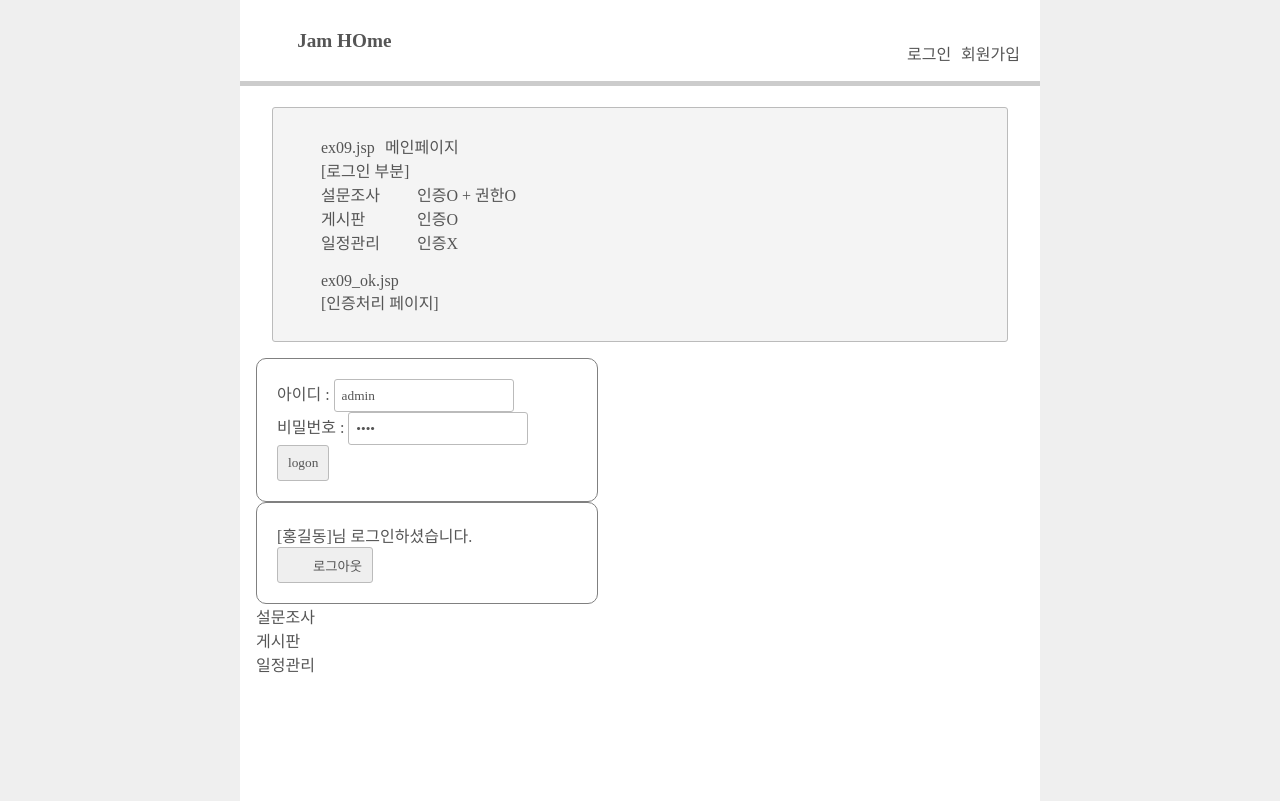
Repository: woals5636/JSPClass
Page: http://localhost/jspPro/days03/ex09.jsp
These files come from the project's save history. The page is drawn as it stood at one moment and after the next save; the edit follows.
The browser window is 1280 px wide. The pictures show the whole page.
Some web fonts or font styles are not loaded; a fallback is used. The page is served by Tomcat 9. Other server files are loaded and not shown.

Above is the page before, as saved 2024-10-17 07:26:26.

### jspPro/src/main/webapp/days03/ex09.jsp
<%@ page contentType="text/html; charset=UTF-8" pageEncoding="UTF-8"%>
<!DOCTYPE html>
<html>
<head>
<meta charset="UTF-8">
<title>Insert title here</title>
<link rel="shortcut icon" type="image/x-icon" href="http://localhost/jspPro/images/SiSt.ico">
<script src="https://ajax.googleapis.com/ajax/libs/jquery/3.7.1/jquery.min.js"></script>
<meta name="viewport" content="width=device-width, initial-scale=1.0">
<meta name="google" content="notranslate">
<link rel="stylesheet" href="http://localhost/jspPro/resources/cdn-main/example.css">
<script src="http://localhost/jspPro/resources/cdn-main/example.js"></script>
<style>
 span.material-symbols-outlined{
    vertical-align: text-bottom;
 }
</style>
<style>
  #logon, #logout{
    border:1px solid gray;
    width:300px;
    padding:20px;
    border-radius: 10px;
  }
</style>
</head>
<body>
<header>
  <h1 class="main"><a href="#" style="position: absolute;top:30px;">Jam HOme</a></h1>
  <ul>
    <li><a href="#">로그인</a></li>
    <li><a href="#">회원가입</a></li>
  </ul>
</header>
<div>
  <xmp class="code">
  	ex09.jsp	메인페이지
  	[로그인 부분]
  	설문조사		인증O + 권한O
  	게시판		인증O
  	일정관리		인증X

  	ex09_ok.jsp
  	[인증처리 페이지]
  </xmp>

  <div id="logon">
    <form action="ex09_ok.jsp" method="get">
     아이디 : <input type="text"  name="id"  value="admin"><br>
     비밀번호 : <input type="password"  name="passwd"  value="1234"><br>
     <input type="submit"  value="logon">
    </form>
  </div>
  <div id="logout">
  	[홍길동]님 로그인하셨습니다.<br>
  	<button>로그아웃</button>
  </div>

  <a href="#">설문조사</a><br>
  <a href="#">게시판</a><br>

  <a href="#">일정관리</a><br>

</div>
</body>
</html>

### jspPro/src/main/webapp/resources/cdn-main/example.css
@charset "UTF-8";

@import url('https://fonts.googleapis.com/css2?family=Material+Symbols+Outlined:opsz,wght,FILL,GRAD@20..48,100..700,0..1,-50..200');

@font-face {
    font-family: 'GmarketSansMedium';
    src: url('https://cdn.jsdelivr.net/gh/projectnoonnu/noonfonts_2001@1.1/GmarketSansMedium.woff') format('woff');
    font-weight: normal;
    font-style: normal;
}

:root {
	--text-color: #555;
	--sub-text-color: #777;
	--back-color: #EFEFEF;
	--header-color: #444;
	--primary-color: #DEDEDE;
	--secondary-color: #EFEFEF;
	--default-width: 800px;
	--narrow-width: 500px;
	--wide-width: 1200px;
	--text-font: 'GmarketSansMedium';
	--icon-font: 'Material Symbols Outlined';
	--border-color: #CCC;
}

html, body {
	margin: 0;
	padding: 0;
}

html {
	background-color: var(--back-color);
	display: flex;
	justify-content: center;
	min-height: 100vh;
}

body, body.default {
	width: var(--default-width);
	background-color: white;
	padding-bottom: 120px;
}

body.wide {
	width: var(--wide-width);
}

body.narrow {
	width: var(--narrow-width);
}



body, p, div, span, a, input, select, option, textarea, button, table, th, td, label, fieldset, legend {
	font-family: var(--text-font);
	color: var(--text-color);
}

h1, h2, h3 {
	font-family: var(--text-font);
	color: var(--header-color);
	padding: 0 1rem;
	padding-top: .5rem;
}

div > h1, div > h2, div > h3 {
	padding: 0;
}

body > div, body > main > div {
	padding: 0.3rem 1rem;
}


h1 { font-size: 2rem; border-bottom: 1px solid var(--border-color); }
h1 small { font-size: 1.2rem; color: var(--sub-text-color); }
h2 { font-size: 1.5rem; border-bottom: 1px dashed var(--border-color); }
h2 small { font-size: 1.1rem; color: --sub-text-color; }
h3 { font-size: 1.2rem; }
h3 small { font-size: 1rem; color: --sub-text-color; }



h1.main::before {
	font-family: var(--icon-font);
  	content: '\e666';
  	margin-right: 10px;
  	float: left;
	font-size: 2.5rem;
}

h1.sub::before {
	font-family: var(--icon-font);
  	content: '\ea19';
  	margin-right: 10px;
  	float: left;
	font-size: 2.5rem;
}


h1.page::before {
	font-family: var(--icon-font);
  	content: '\e0e0';
  	margin-right: 10px;
  	float: left;
	font-size: 2.5rem;
}

body > header > ul > li > .active{
	background-color: #FFF;
	color:#F00;
}

body > header {
	display: flex;
	justify-content: space-between;
	border-bottom: 5px solid var(--border-color);
	min-height: 74px;
	background-color: #FFF;
}

body > header.sticky {
	position: sticky;
	top: 0;
	z-index: 98;
}

body > header > h1 {
	font-size: 1.2rem;
	border: 0;
}

body > header.in > h1::before {
	font-family: var(--icon-font);
  	content: '\e332‥';
  	margin-right: 3px;
  	float: left;
	font-size: 2rem;
}


body > header > ul {
	list-style-type: none;
	display: flex;
	align-items: flex-end;
	margin-right: 10px;
}

body > header > ul > li {
	margin-right: 10px;
	cursor: pointer;
}

body > header > ul > li > a {
	cursor: pointer;
}


form {
	display: block;
}

form > div {
	padding: 0.3rem 1rem;
}

div > form > div {
	padding: 0.3rem 0;
}

input, textarea, button, select {
	border: 1px solid #BBB;
	border-radius: 3px;
	outline: none;
	resize: none;
	padding: 7px;
	margin: 0;
}

input[type=text]:read-only, textarea:read-only {
	cursor: not-allowed;
	background-color: #FFF;
}

input[type=text]:disabled, textarea:disabled {
	cursor: not-allowed;
	background-color: #EEE;
}

input[type=text], input[type=password], textarea, button, select {
	/* width: 300px; */
}

textarea {
	display: block;
	height: 100px;
}

input[type=button], input[type=submit], button {
	/* width: inherit; */
}

input.short, textarea.short, button.short, select.short {
	width: 100px;
}

input.long, textarea.long, button.long, select.long {
	width: 350px;
}

.narrow input.long, .narrow textarea.long, .narrow button.long, .narrow select.long {
	width: calc(100% - 20px);
}

input.full, textarea.full, button.full, select.full {
	width: calc(100% - 20px);
}

textarea.short {
	height: 50px;
}

textarea.long {
	height: 100px;
}

textarea.full {
	height: 200px;
}

input, textarea {
	padding-top: 8px;
}

input[type=button], input[type=submit], button {
	padding: 5px 10px;
	background-color: var(--secondary-color);
	cursor: pointer;
	min-height: 36px;
}

input[type=button].primary, input[type=submit].primary, button.primary {
	/* background-color: rgba(100, 149, 237, .2); */
	background-color: var(--primary-color);
}

input[type=button].primary:hover, input[type=submit].primary:hover, button.primary:hover {
	/* background-color: rgba(100, 149, 237, .3); */
	background-color: var(--secondary-color);
}

input[type=button]:hover, input[type=submit]:hover, button:hover {
	background-color: var(--primary-color);
}

button {
	position: relative;
	left: 0;
	top: 0;
	padding-left: 35px;
}

button .material-symbols-outlined {
	position: absolute;
	left: 10px;
	top: 4px;
}

/* k2nik add */
button.login::before {
	font-family: var(--icon-font);
  	content: '\ea77';
	position: absolute;
	left: 11px;
	top: 4px;
	font-size: 1.25rem;
}

/* k2nik logout */
button.logout::before {
	font-family: var(--icon-font);
  	content: '\e9ba';
	position: absolute;
	left: 11px;
	top: 4px;
	font-size: 1.25rem;
}

/* k2nik help */
button.help::before {
	font-family: var(--icon-font);
  	content: '\f1c0';
	position: absolute;
	left: 11px;
	top: 4px;
	font-size: 1.25rem;
}

button.add::before{
	font-family: var(--icon-font);
  	content: '\e746';
	position: absolute;
	left: 11px;
	top: 4px;
	font-size: 1.25rem;
}

button.back::before {
	font-family: var(--icon-font);
  	content: '\e166';
	position: absolute;
	left: 11px;
	top: 4px;
	font-size: 1.25rem;
}

button.list::before {
	font-family: var(--icon-font);
  	content: '\e0ee';
	position: absolute;
	left: 11px;
	top: 4px;
	font-size: 1.25rem;
}


button.del::before {
	font-family: var(--icon-font);
  	content: '\e872';
	position: absolute;
	left: 11px;
	top: 4px;
	font-size: 1.25rem;
}


button.edit::before {
	font-family: var(--icon-font);
  	content: '\e745';
	position: absolute;
	left: 11px;
	top: 4px;
	font-size: 1.25rem;
}


button.login::before {
	font-family: var(--icon-font);
  	content: '\ea77';
	position: absolute;
	left: 11px;
	top: 4px;
	font-size: 1.25rem;
}


button.logout::before {
	font-family: var(--icon-font);
  	content: '\e9ba';
	position: absolute;
	left: 11px;
	top: 4px;
	font-size: 1.25rem;
}


button.in::before {
	font-family: var(--icon-font);
  	content: '\f71a';
	position: absolute;
	left: 11px;
	top: 4px;
	font-size: 1.25rem;
}


button.out::before {
	font-family: var(--icon-font);
  	content: '\f70e';
	position: absolute;
	left: 11px;
	top: 4px;
	font-size: 1.25rem;
}


button.reply::before {
	font-family: var(--icon-font);
  	content: '\e15e';
	position: absolute;
	left: 11px;
	top: 4px;
	font-size: 1.25rem;
}


button.comment::before {
	font-family: var(--icon-font);
  	content: '\e0b9';
	position: absolute;
	left: 11px;
	top: 4px;
	font-size: 1.25rem;
}


button.modal::before {
	font-family: var(--icon-font);
  	content: '\e89e';
	position: absolute;
	left: 11px;
	top: 4px;
	font-size: 1.25rem;
}


button.ok::before {
	font-family: var(--icon-font);
  	content: '\e86c';
	position: absolute;
	left: 11px;
	top: 4px;
	font-size: 1.25rem;
}


button.cancel::before {
	font-family: var(--icon-font);
  	content: '\e5c9';
	position: absolute;
	left: 11px;
	top: 4px;
	font-size: 1.25rem;
}

button.search::before {
	font-family: var(--icon-font);
  	content: '\e8b6';
	position: absolute;
	left: 11px;
	top: 4px;
	font-size: 1.25rem;
}

button.home::before {
	font-family: var(--icon-font);
  	content: '\e88a';
	position: absolute;
	left: 11px;
	top: 4px;
	font-size: 1.25rem;
}


button.sidebar::before {
	font-family: var(--icon-font);
  	content: '\f7e4';
	position: absolute;
	left: 11px;
	top: 4px;
	font-size: 1.25rem;
}


button.sidebar-right::before {
	font-family: var(--icon-font);
  	content: '\f7e5';
	position: absolute;
	left: 11px;
	top: 4px;
	font-size: 1.25rem;
}




button::before {
	font-family: var(--icon-font);
  	content: '\e323';
	position: absolute;
	left: 11px;
	top: 4px;
	font-size: 1.25rem;
}


table {
	border-collapse: collapse;
	margin: 1rem;
	box-sizing: border-box;
	width: calc(100% - 32px);
}

table.content {
	width: auto;
}

div > table {
	margin: 0;
}

table th, table td {
	border: 1px solid var(--border-color);
	padding: 7px;
	font-weight: normal;
}

table th {
	background-color: var(--back-color);
}

table.vertical th {
	width: 150px;
}

table.vertical td {
	width: calc(100% - 182px);
	padding-left: 10px;
}

table.content td, table.content th {
	width: auto;
}

body.narrow table.vertical th {
	width: 100px;
}

body.narrow table.vertical td {
	width: calc(100% - 182px);
}


table + table {
	margin-top: 30px;
}


p {
	padding: 0 1rem;
}

a {
	text-decoration: none;
}

a:hover {
	color: rgba(255, 99, 71, .7);
}

hr {
	border: 0;
	border-top: 1px solid var(--border-color);
	margin: 2rem 0;
}

.message {
	border: 1px solid var(--border-color);
	background-color: #EFEFEF;
	margin: 1rem;
	width: auto;
	padding-top: 10px;
	padding-bottom: 10px;
	font-size: 14px;
}

.message[title]::before {
	content: attr(title);
	display: block;
	border-bottom: 1px solid var(--border-color);
	padding-bottom: 5px;
	margin-bottom: 10px;
	margin-top: 7px;
}

.message.short {
	max-width: 250px;
}

.message.long {
	max-width: 500px;
}

.badge {
	float: right;
	font-size: .8rem;
	margin-top: 2px;
	margin-right: 2px;
	text-shadow: 0 0 7px gray;
}

.badge.left {
	float: none;
	margin-left: 2px;
}

.badge.right {
	float: right;
}

.badge.red {
	border-radius: 50%;
	padding: 2px 5px;
	background-color: rgb(255, 99, 71, .3);
}

.badge.yellow {

	border-radius: 50%;
	padding: 2px 5px;
	background-color: rgb(255, 215, 0, .5);
}

.badge.blue {
	border-radius: 50%;
	padding: 2px 5px;
	background-color: rgb(100, 149, 237, .3);
}

label + label {
	margin-left: 7px;
}

label input[type=checkbox], label input[type=radio] {
	transform: translate(0, 1px);
}

.group {
	display: flex;
}

.modal-content .group {
	margin-bottom: .5rem;
}

.group label {
	border: 1px solid #BBB;
	border-radius: 3px;
	outline: none;
	resize: none;
	padding: 7px 14px;
	margin: 0;
	border-top-right-radius: 0;
	border-bottom-right-radius: 0;
	background-color: #EFEFEF;
	white-space: nowrap;
	font-size: 14px;
}

.group input[type=text] {
	margin-left: -1px;
	border-top-left-radius: 0;
	border-bottom-left-radius: 0;
}

.group select {
	margin-left: -1px;
	border-top-left-radius: 0;
	border-bottom-left-radius: 0;
}

.group input.full[type=text] {
	margin-left: -1px;
	border-top-left-radius: 0;
	border-bottom-left-radius: 0;
	width: 100%;
}

.group input[type=button]:first-child, .group button:first-child {
	border-top-left-radius: 3px;
	border-bottom-left-radius: 3px;
	margin-left: 0px;
}

.group input[type=button], .group button {
	border-radius: 0;
	margin-left: -1px;
}

.group input[type=button]:last-child, .group button:last-child {
	margin-left: -1px;
	border-top-right-radius: 3px;
	border-bottom-right-radius: 3px;
}

.seperate {
	display: flex;
	justify-content: space-between;
}

div.list {
	width: max-content;
	margin: 1rem;
	border: 1px solid #BBB;
	border-radius: 3px;
	padding: 0;
}

div.list.full {
	width: auto;
	display: block;
	margin: 1rem;
	border: 1px solid #BBB;
	border-radius: 3px;
	padding: 0;
}

div.list > div {
	padding: .5rem 1rem;
	margin: 0;
	border-bottom: 1px solid #BBB;
}

div.list > div:last-child {
	border-bottom: 0;
}

pre.code , xmp.code{
	font-family: consols;
	background-color: rgba(150, 150, 150, .1);
	border: 1px solid #BBB;
	border-radius: 3px;
	padding: .5rem 1rem;
	padding-bottom: .6rem;
	margin: 1rem;
}




*[data-modal-window] {
	position: fixed;
	background-color: rgba(0, 0, 0, .3);
	left: 0;
	top: 0;
	display: none;
	justify-content: center;
	align-items: flex-start;
	width: 100%;
	min-height: 100vh;
	z-index: 100;
	opacity: 0;
	transition: 500ms all;
}

*[data-modal-window] .modal-container {
	border-radius: 5px;
	padding: 1rem;
	padding-bottom: .5rem;
	margin-top: -500px;
	opacity: 0;
	width: 500px;
	background-color: #FFF;
	margin-right: 2rem;
	transition: 500ms all;
}

*[data-modal-size=content] .modal-container {
	width: auto;
}

*[data-modal-size=narrow] .modal-container {
	width: 300px;
}

*[data-modal-size=wide] .modal-container {
	width: 760px;
}


*[data-modal-window] .modal-header {
	border-bottom: 1px solid var(--border-color);
	padding: 2px 5px;
}

*[data-modal-window] .modal-content {
	padding: 1rem 5px;
}

*[data-modal-window] .modal-content div:last-child {
	margin-top: 1rem;
	text-align: right;
}



*[data-sidebar-window] {
	position: fixed;
	background-color: #FFF;
	left: 0;
	top: 0;
	display: block;
	width: 300px;
	border-right: 1px solid var(--border-color);
	box-sizing: border-box;
	box-shadow: 0 0 3px var(--back-color);
	min-height: 100vh;
	z-index: 99;
	transform: translate(-300px, 0);
	transition-duration: 500ms;
	transition-property: transform;
}

*[data-sidebar-direction=right] {
	left: auto;
	right: 0;
	transform: translate(300px, 0);
	border-left: 1px solid var(--border-color);
}

*[data-sidebar-size=wide] {
	width: 500px;
	transform: translate(-500px, 0);
}

*[data-sidebar-window] .sidebar-title {
	border-bottom: 1px solid var(--border-color);
	margin-top: 20px;
	margin-bottom: 20px;
	padding-bottom: 5px;
	display: flex;
	justify-content: space-between;
}

*[data-sidebar-window] .sidebar-title span:last-child {
	cursor: pointer;
}


/* K2Nik pagination */
.center {
  text-align: center;
}

.pagination {
  display: inline-block;
}

.pagination a {
  color: black;
  float: left;
  padding: 3px 6px;
  text-decoration: none;
  transition: background-color .3s;
  border: 1px solid #ddd;
  margin: 0 3px;
}

.pagination a.active {
  background-color: #4CAF50;
  color: white;
  border: 1px solid #4CAF50;
}

.pagination a:hover:not(.active) {background-color: #ddd;}

### jspPro/src/main/webapp/resources/cdn-main/example.js

window.onload = () => {

    const list = document.querySelectorAll('input, textarea');

    list.forEach(item => {
        item.setAttribute('autocomplete', 'off');
    });


    const modal_btn_list = document.querySelectorAll('*[data-modal-button]');

    modal_btn_list.forEach(item => {
        item.onclick = function() {

            const name = this.dataset['modalButton'];
            const modal_window = document.querySelector('*[data-modal-window=' + name);

            const container = document.createElement('div');
            container.className = 'modal-container';



            const modal_header = document.createElement('div');
            modal_header.textContent = modal_window.dataset['modalTitle'];
            modal_header.className = 'modal-header';
            container.appendChild(modal_header);

            const modal_content = document.createElement('div');
            modal_content.className = 'modal-content';
            container.appendChild(modal_content);

            Array.from(modal_window.childNodes).forEach(item => {
                modal_content.appendChild(item);
            });

            modal_window.appendChild(container);

            modal_window.style.display = 'flex';

            setTimeout(() => {
                modal_window.style.opacity = 1;
                container.style.marginTop = '20px';
                container.style.opacity = 1;
            }, 50);


            const modal_ok = document.querySelector('*[data-modal-ok=' + name);
            modal_ok.addEventListener('click', function() {
                modal_window.style.opacity = 0;
                container.style.marginTop = '-500px';
                container.style.opacity = 0;

                setTimeout(() => {
                    modal_window.innerHTML = modal_content.innerHTML;
                    modal_window.style.display = 'none';
                }, 500);

            });

            const modal_cancel = document.querySelector('*[data-modal-cancel=' + name);
            modal_cancel.addEventListener('click', function() {

                modal_window.style.opacity = 0;
                container.style.marginTop = '-500px';
                container.style.opacity = 0;

                setTimeout(() => {
                    modal_window.innerHTML = modal_content.innerHTML;
                    modal_window.style.display = 'none';
                }, 500);
            });


        };
    });


    const sidebar_btn_list = document.querySelectorAll('*[data-sidebar-button]');

    sidebar_btn_list.forEach(item => {
        item.onclick = function() {



            const name = this.dataset['sidebarButton'];
            const sidebar_window = document.querySelector('*[data-sidebar-window=' + name);

            if (sidebar_window.style.transform == 'translate(0px, 0px)') return;



            sidebar_window.style.transform = 'translate(0, 0)';

            const sidebar_title = document.createElement('div');
            sidebar_title.className = 'sidebar-title';
            sidebar_title.innerHTML = '<span>' + sidebar_window.dataset['sidebarTitle'] + '</span><span class="material-symbols-outlined">close</span>';

            sidebar_title.children[1].onclick = function() {

                let sign = 1;
                let distance = 300;

                if (sidebar_window.dataset['sidebarDirection'] != 'right') {
                    sign = -1;
                } else {
                    sign = 1;
                }

                if (sidebar_window.dataset['sidebarSize'] != 'wide') {
                    distance = 300;
                } else {
                    distance = 500;
                }

                distance *= sign;

                sidebar_window.style.transform = 'translate(' + distance + 'px, 0)';

                setTimeout(function() {
                    sidebar_window.removeChild(sidebar_window.children[0]);
                }, 500);
            };


            sidebar_window.prepend(sidebar_title);

        }
    });

};

// window.onkeydown = function(event) {

//     if (event.keyCode == 27) {
//         if (document.querySelector('[data-modal-window').style.display == 'flex') {
//             document.querySelector('[data-modal-window').style.display = 'none';
//         }
//     }

// };

After the next save:
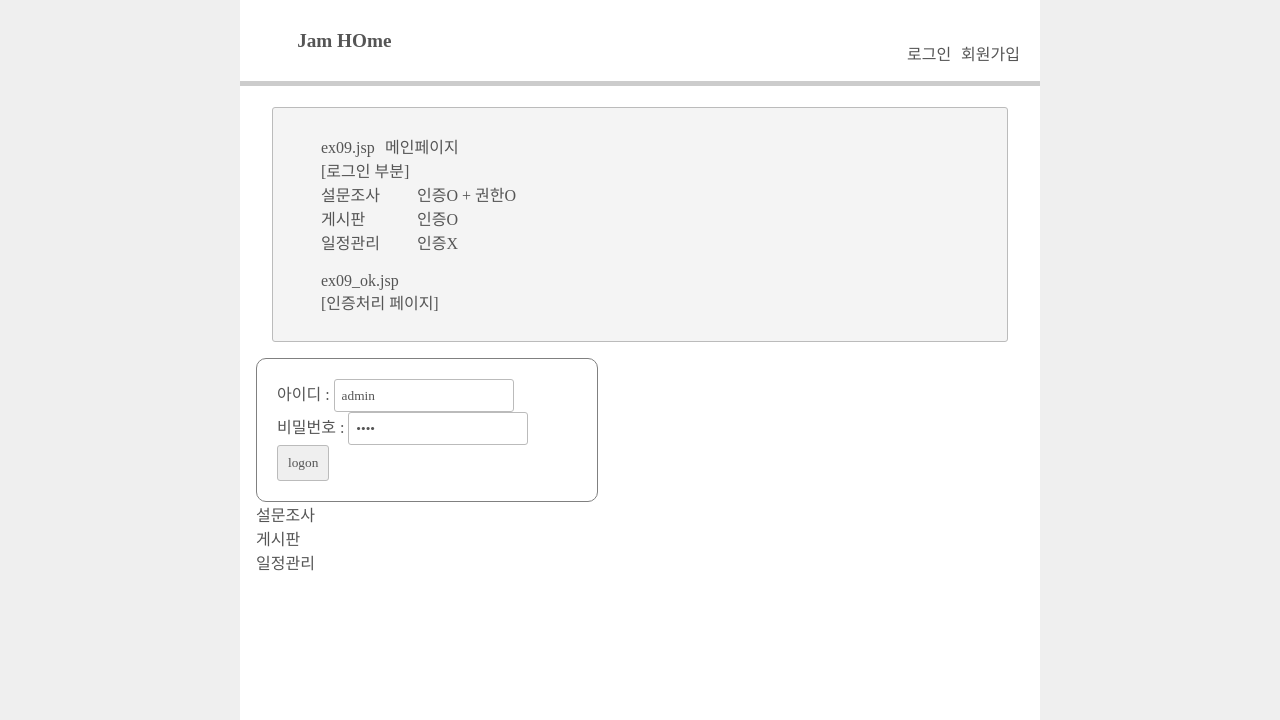
Saved 38 s later.
--- a/jspPro/src/main/webapp/days03/ex09.jsp
+++ b/jspPro/src/main/webapp/days03/ex09.jsp
@@ -51,7 +51,7 @@
      <input type="submit"  value="logon">
     </form>
   </div>
-  <div id="logout">
+  <div id="logout" style="display:none">
   	[홍길동]님 로그인하셨습니다.<br>
   	<button>로그아웃</button>
   </div>
